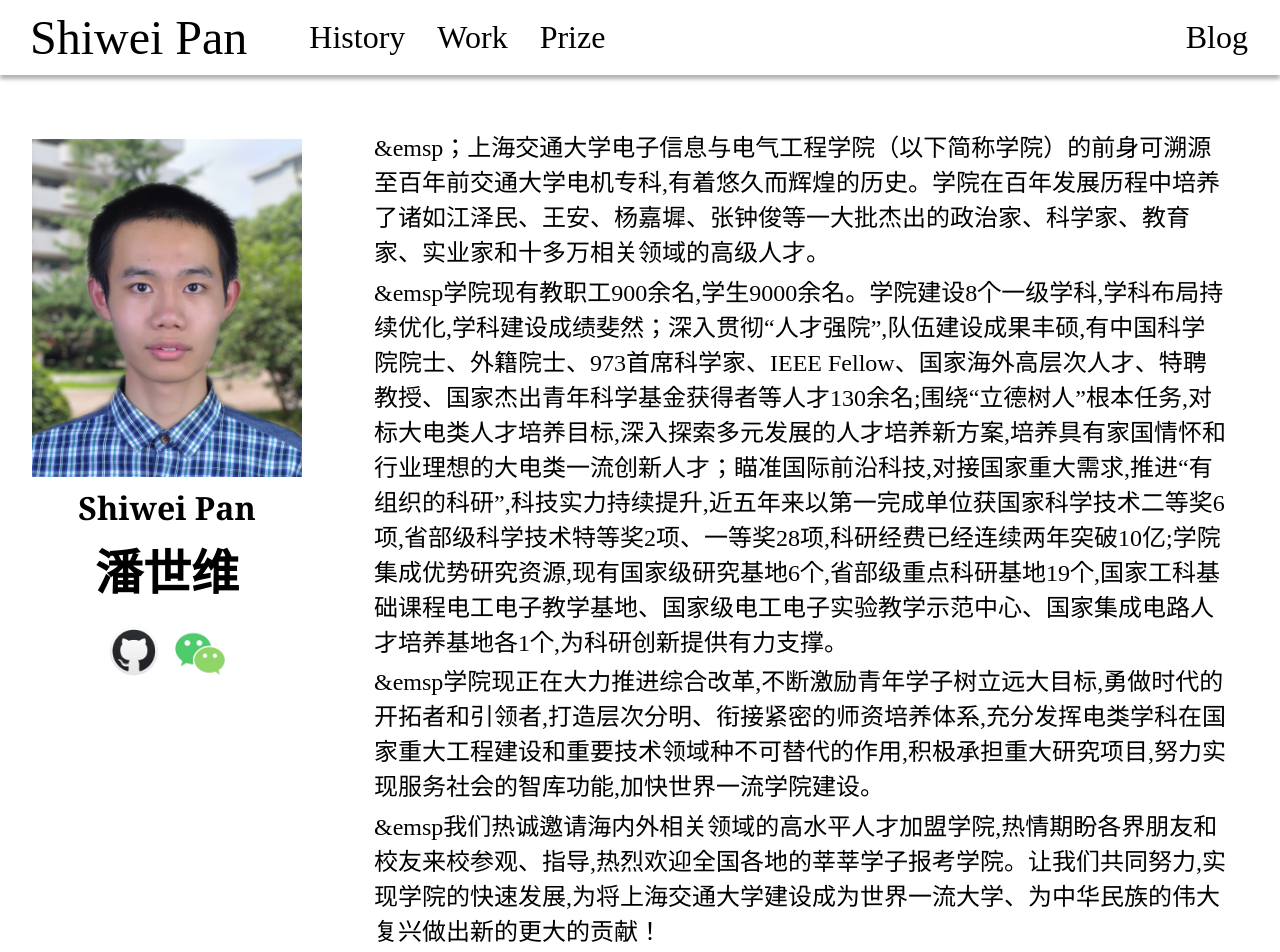
Repository: erikpsw/web
Page: new/psw.html
An editor plug-in stored every save of this project. The page is shown before and after the next save, followed by the edit.
The browser window is 1280 px wide. The pictures show the whole page.

Above is the page before, as saved 2022-06-17 08:46:44.

### new/psw.html
<!DOCTYPE html>
<html>
<head>
<meta charset="utf-8">
<title>Shiwei Pan</title>
<link rel="stylesheet" type="text/css" href="styles.css">
</head>
<body class="body">
<nav id="start_box">
    <a class="nav" id="title" href="">Shiwei Pan</a>
    <a class="nav" href="" >History</a>
    <a class="nav" href="">Work</a>
    <a class="nav" href="">Prize</a>
    <a class="nav" id="myblog" target="_blank" href="https://erikpsw.github.io/">Blog</a>
</nav>
<section >
    <div class="container">
        <div id="profile">
            <img src="\pic\mine.png" id="mine">
            <h2 id="name1">Shiwei Pan</h2>
            <h2 id="name2">潘世维</h2>
        <ul class="network_icon">
            <li>
                <a target="_blank" href="https://github.com/erikpsw"><img src="\pic\github.png" id="github"></a>
            </li>
            <li>
            <img src="\pic\wechat.png" id="wechat">
            </li>
        <ul>
        </div>
        <div id="intro">
            <p class="text">&emsp；上海交通大学电子信息与电气工程学院（以下简称学院）的前身可溯源至百年前交通大学电机专科,有着悠久而辉煌的历史。学院在百年发展历程中培养了诸如江泽民、王安、杨嘉墀、张钟俊等一大批杰出的政治家、科学家、教育家、实业家和十多万相关领域的高级人才。</p>

            <p class="text">&emsp学院现有教职工900余名,学生9000余名。学院建设8个一级学科,学科布局持续优化,学科建设成绩斐然；深入贯彻“人才强院”,队伍建设成果丰硕,有中国科学院院士、外籍院士、973首席科学家、IEEE Fellow、国家海外高层次人才、特聘教授、国家杰出青年科学基金获得者等人才130余名;围绕“立德树人”根本任务,对标大电类人才培养目标,深入探索多元发展的人才培养新方案,培养具有家国情怀和行业理想的大电类一流创新人才；瞄准国际前沿科技,对接国家重大需求,推进“有组织的科研”,科技实力持续提升,近五年来以第一完成单位获国家科学技术二等奖6项,省部级科学技术特等奖2项、一等奖28项,科研经费已经连续两年突破10亿;学院集成优势研究资源,现有国家级研究基地6个,省部级重点科研基地19个,国家工科基础课程电工电子教学基地、国家级电工电子实验教学示范中心、国家集成电路人才培养基地各1个,为科研创新提供有力支撑。</p>

            <p class="text">&emsp学院现正在大力推进综合改革,不断激励青年学子树立远大目标,勇做时代的开拓者和引领者,打造层次分明、衔接紧密的师资培养体系,充分发挥电类学科在国家重大工程建设和重要技术领域种不可替代的作用,积极承担重大研究项目,努力实现服务社会的智库功能,加快世界一流学院建设。</p>

            <p class="text">&emsp我们热诚邀请海内外相关领域的高水平人才加盟学院,热情期盼各界朋友和校友来校参观、指导,热烈欢迎全国各地的莘莘学子报考学院。让我们共同努力,实现学院的快速发展,为将上海交通大学建设成为世界一流大学、为中华民族的伟大复兴做出新的更大的贡献！</p>
        </div>
    </div>
</section>
</body>
</html>

### new/styles.css
#start_box
{
    background-color: whit;
    display:flex;
    box-shadow: 0 0.25rem 0.25rem 0 rgb(0 0 0 / 31%);
}

#title{
    text-decoration: none;
    font-family:"Times New Roman",Georgia,Serif;
    font-style:inherit;
    padding:10px 30px 10px;
    color:black;
    font-size: 3em;
}

.nav{
    text-decoration: none;
    font-family:"Times New Roman",Georgia,Serif;
    padding-left:1em;
    color:black;
    display: inline-flex;
    align-items: center;
    font-size: 2em;
}

.body{
    margin: 0%;
}

#myblog{
    margin-left: auto;
    padding-right: 1em;
}

#mine{
    width: 270px;
    height: 337.5px;
    margin-top: 4em;
}

#profile{
    padding-left: 2em;
    box-sizing: border-box;
    float: left;
    text-align: center;
    max-width: 33.33333333%;
}

#name1{
    font-family: Georgia,Serif;
    font-size: 2em;
    margin: 2%;
}

#name2{
    font-family: STZhongsong;
    font-size: 3em;
    margin: 2%;
}

.network_icon{
    list-style: none;
    display: inline-flex;
    flex-direction: row;
}

#github{
    height: 50px;
}
#wechat{
    height: 50px;
    padding-top: 3px;
    margin-left: 1em;
}

#intro{
    box-sizing: border-box;
    float: left;
    max-width: 66.66666667%;
    margin-top: 2em;
    margin-left: 3em;
    font-size: 1.5em;
   ;
}

.container{
    box-sizing: border-box;
}

.text{
    margin-top:0.2em;
    margin-bottom: 0.2em;
    font-family: Times New Roman;
}

After the next save:
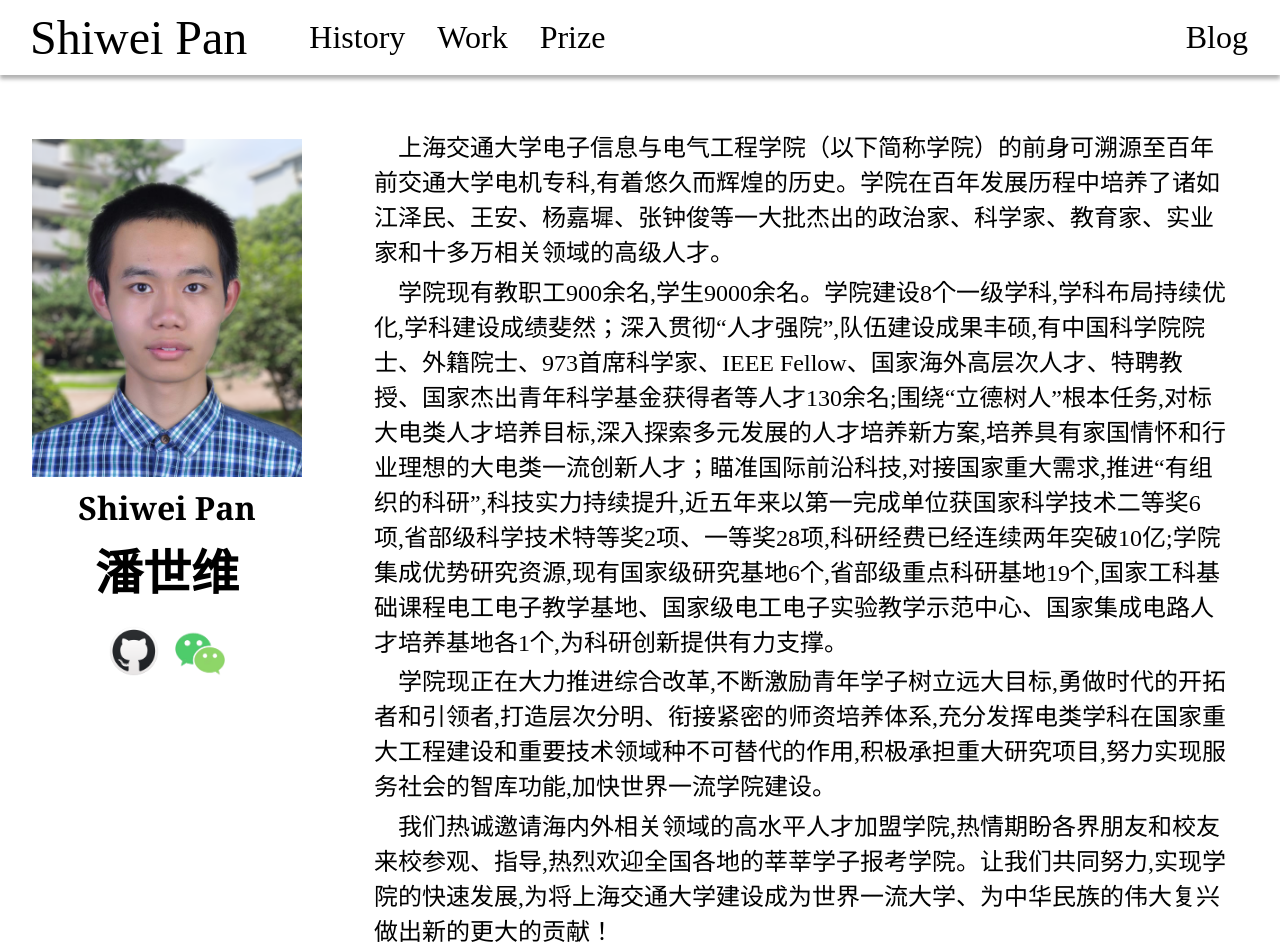
Saved 8 s later.
--- a/new/psw.html
+++ b/new/psw.html
@@ -29,13 +29,13 @@
         <ul>
         </div>
         <div id="intro">
-            <p class="text">&emsp；上海交通大学电子信息与电气工程学院（以下简称学院）的前身可溯源至百年前交通大学电机专科,有着悠久而辉煌的历史。学院在百年发展历程中培养了诸如江泽民、王安、杨嘉墀、张钟俊等一大批杰出的政治家、科学家、教育家、实业家和十多万相关领域的高级人才。</p>
+            <p class="text">&emsp;上海交通大学电子信息与电气工程学院（以下简称学院）的前身可溯源至百年前交通大学电机专科,有着悠久而辉煌的历史。学院在百年发展历程中培养了诸如江泽民、王安、杨嘉墀、张钟俊等一大批杰出的政治家、科学家、教育家、实业家和十多万相关领域的高级人才。</p>
 
-            <p class="text">&emsp学院现有教职工900余名,学生9000余名。学院建设8个一级学科,学科布局持续优化,学科建设成绩斐然；深入贯彻“人才强院”,队伍建设成果丰硕,有中国科学院院士、外籍院士、973首席科学家、IEEE Fellow、国家海外高层次人才、特聘教授、国家杰出青年科学基金获得者等人才130余名;围绕“立德树人”根本任务,对标大电类人才培养目标,深入探索多元发展的人才培养新方案,培养具有家国情怀和行业理想的大电类一流创新人才；瞄准国际前沿科技,对接国家重大需求,推进“有组织的科研”,科技实力持续提升,近五年来以第一完成单位获国家科学技术二等奖6项,省部级科学技术特等奖2项、一等奖28项,科研经费已经连续两年突破10亿;学院集成优势研究资源,现有国家级研究基地6个,省部级重点科研基地19个,国家工科基础课程电工电子教学基地、国家级电工电子实验教学示范中心、国家集成电路人才培养基地各1个,为科研创新提供有力支撑。</p>
+            <p class="text">&emsp;学院现有教职工900余名,学生9000余名。学院建设8个一级学科,学科布局持续优化,学科建设成绩斐然；深入贯彻“人才强院”,队伍建设成果丰硕,有中国科学院院士、外籍院士、973首席科学家、IEEE Fellow、国家海外高层次人才、特聘教授、国家杰出青年科学基金获得者等人才130余名;围绕“立德树人”根本任务,对标大电类人才培养目标,深入探索多元发展的人才培养新方案,培养具有家国情怀和行业理想的大电类一流创新人才；瞄准国际前沿科技,对接国家重大需求,推进“有组织的科研”,科技实力持续提升,近五年来以第一完成单位获国家科学技术二等奖6项,省部级科学技术特等奖2项、一等奖28项,科研经费已经连续两年突破10亿;学院集成优势研究资源,现有国家级研究基地6个,省部级重点科研基地19个,国家工科基础课程电工电子教学基地、国家级电工电子实验教学示范中心、国家集成电路人才培养基地各1个,为科研创新提供有力支撑。</p>
 
-            <p class="text">&emsp学院现正在大力推进综合改革,不断激励青年学子树立远大目标,勇做时代的开拓者和引领者,打造层次分明、衔接紧密的师资培养体系,充分发挥电类学科在国家重大工程建设和重要技术领域种不可替代的作用,积极承担重大研究项目,努力实现服务社会的智库功能,加快世界一流学院建设。</p>
+            <p class="text">&emsp;学院现正在大力推进综合改革,不断激励青年学子树立远大目标,勇做时代的开拓者和引领者,打造层次分明、衔接紧密的师资培养体系,充分发挥电类学科在国家重大工程建设和重要技术领域种不可替代的作用,积极承担重大研究项目,努力实现服务社会的智库功能,加快世界一流学院建设。</p>
 
-            <p class="text">&emsp我们热诚邀请海内外相关领域的高水平人才加盟学院,热情期盼各界朋友和校友来校参观、指导,热烈欢迎全国各地的莘莘学子报考学院。让我们共同努力,实现学院的快速发展,为将上海交通大学建设成为世界一流大学、为中华民族的伟大复兴做出新的更大的贡献！</p>
+            <p class="text">&emsp;我们热诚邀请海内外相关领域的高水平人才加盟学院,热情期盼各界朋友和校友来校参观、指导,热烈欢迎全国各地的莘莘学子报考学院。让我们共同努力,实现学院的快速发展,为将上海交通大学建设成为世界一流大学、为中华民族的伟大复兴做出新的更大的贡献！</p>
         </div>
     </div>
 </section>
